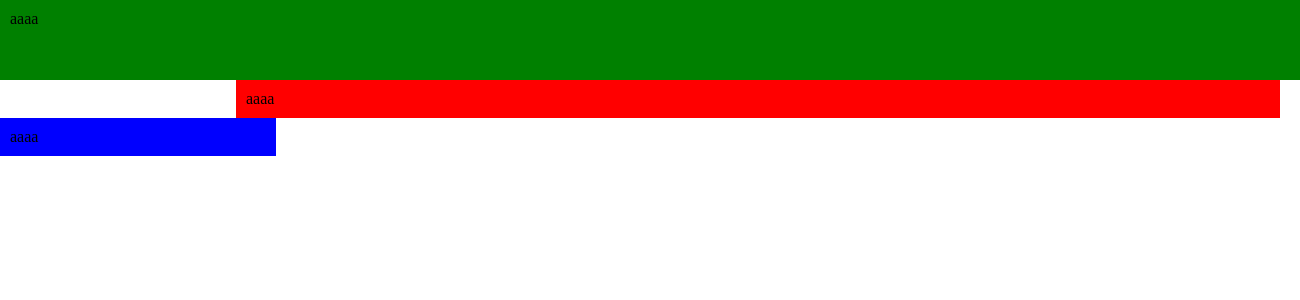
Repository: pleanoma/TooDoo
Page: http://localhost/TooDoo/Home.jsp
These files come from the project's save history. The page is drawn as it stood at one moment and after the next save; the edit follows.
The browser window is 1280 px wide. The page is 1300 px wide, then 1280 px, so the pictures cover 1300 px, including what lies to the right of the window. The pictures show the whole page.
The page is served by Tomcat 9. Other server files are loaded and not shown.

Above is the page before, as saved 2013-11-27 07:50:58.

### TooDoo/WebContent/Home.jsp
<%@ page language="java" contentType="text/html; charset=ISO-8859-1"
    pageEncoding="ISO-8859-1"%>
<!DOCTYPE html PUBLIC "-//W3C//DTD HTML 4.01 Transitional//EN" "http://www.w3.org/TR/html4/loose.dtd">
<html>
<head>
<meta http-equiv="Content-Type" content="text/html; charset=ISO-8859-1">
<title>Insert title here</title>
<link rel="stylesheet" href="./css/style.css" type="text/css">
</head>
<body>
	<div id="header">
		aaaa
	</div>
	<div id="content">
		<div class="article">

		aaaa
		</div>
		<div class="sidebar">

		aaaa
		</div>
	</div>
</body>
</html>

### TooDoo/WebContent/css/style.css
html, body {
	margin: 0 auto;
	width: 100%;
}
#main {
	margin: 0 auto;
	padding: 0;
}
#header {
	padding: 10px;
	width: 100%;
	height: 60px;
	background: green;
}
#content .article {
	padding: 10px;
	float: right;
	width: 80%;
	height: 100%;
	background: red;
}
#content .sidebar {
	padding: 10px;
	float: left;
	width: 20%;
	height: 100%;
	background: blue;
}
#footer {
	padding: 10px;
	width: 100%;
	height: 100%;
	background: yellow;
}

After the next save:
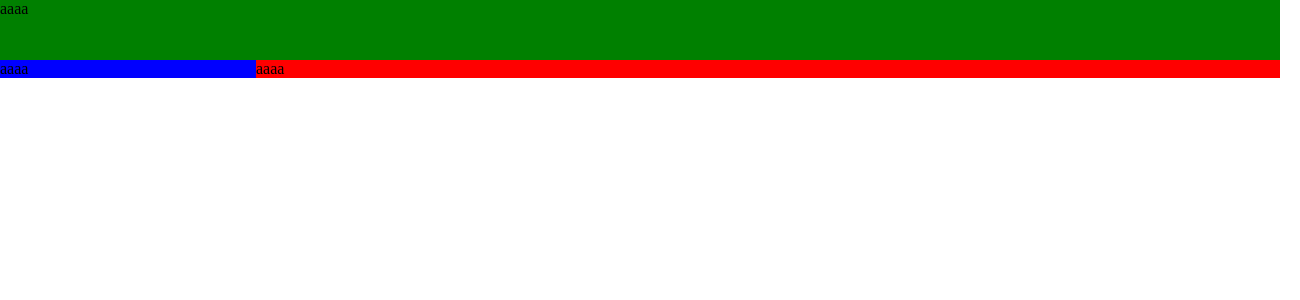
Saved 32 s later.
--- a/TooDoo/WebContent/css/style.css
+++ b/TooDoo/WebContent/css/style.css
@@ -7,20 +7,17 @@ html, body {
 	padding: 0;
 }
 #header {
-	padding: 10px;
 	width: 100%;
 	height: 60px;
 	background: green;
 }
 #content .article {
-	padding: 10px;
 	float: right;
 	width: 80%;
 	height: 100%;
 	background: red;
 }
 #content .sidebar {
-	padding: 10px;
 	float: left;
 	width: 20%;
 	height: 100%;
